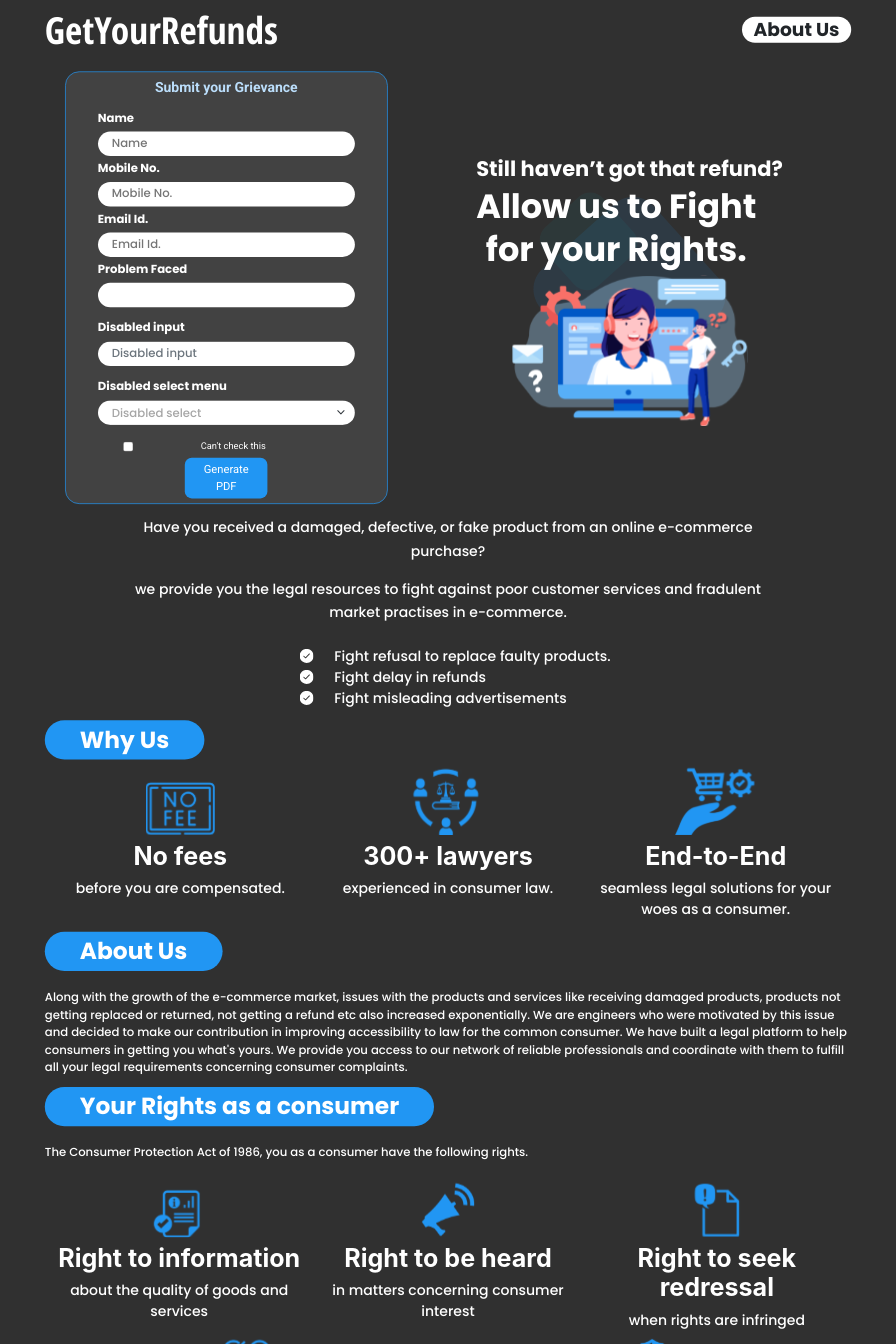
Repository: Eren00Yeager/initial-survey
Page: /consumer-complaints
An editor plug-in stored every save of this project. The page is shown before and after the next save, followed by the edit.
The browser window is 1280 px wide. The pictures show the part of the page from y = 0 to 1920 px (the page is 2838 px tall before and 2984 px after), at 70% of full size.
Some web fonts or font styles are not loaded; a fallback is used. The project was rebuilt for these pictures with package versions that can differ from the ones it lists, and the page was loaded fresh each time. The framework's server and built-in components were replaced by stand-ins that run in the browser. Also part of the build but not shown: next.config.js.

Above is the page before, as saved 2022-07-14 12:02:30.

### pages/consumer-complaints.jsx
import Head from "next/head";
import Image from "next/image";
import consumerStyles from "../styles/consumer.module.css";
import svg from "../pic/mark.svg";
import im from "../pic/i2.svg";
import i1 from "../pic/nofee.svg";
import i2 from "../pic/law.svg";
import i3 from "../pic/end2.svg";
import j1 from "../pic/info.svg";
import j2 from "../pic/heard.svg";
import j3 from "../pic/seek.svg";
import j4 from "../pic/free.svg";
import j5 from "../pic/safe.svg";
import a from "../pic/carrow.svg";
import f from "../pic/foot.svg";
import z1 from "../pic/in.svg";
import z2 from "../pic/tweet.svg";
import z3 from "../pic/mail.svg";
import { Col,Row,Form,Button,Accordion } from 'react-bootstrap';
import { useState,useEffect } from "react";


export default function consumer() {

    const [name, setName] = useState('');
    const [mobile, setMobile] = useState('');
    const [email, setEmail] = useState('');
    const [problem, setProblem] = useState('');
    const [error, seterror] = useState('');
    const [st, setst] = useState(false);
    const emailValidation = () => {
        const regex = /^(([^<>()[\]\.,;:\s@\"]+(\.[^<>()[\]\.,;:\s@\"]+)*)|(\".+\"))@(([^<>()[\]\.,;:\s@\"]+\.)+[^<>()[\]\.,;:\s@\"]{2,})$/i;
        if (!email || regex.test(email) === false) {

            seterror("Email is not valid");

            return false;
        }
        return true;
    }
    const submitHandler = async (e) => {
        e.preventDefault();

        console.log([name, mobile, email, problem])
        if (emailValidation()) {
            try {
                const response = await fetch("/api/consumersheet", {
                    method: "POST",
                    body: JSON.stringify({ name, mobile, email, problem }),
                    headers: {
                        'Content-Type': 'application/json',
                    },
                })
                if (await response.status == 201) {
                    setst(true)
                } else {
                    throw response.json()
                }


            } catch (e) {
                console.log(e)
                alert("There was an error in submitting\nPlease try again")
                setName('');
                setMobile('');
                setEmail('');
                setProblem('');
                setst(false);
            }
        }
    }

    const [windowSize, setWindowSize] = useState({
        width: "",
        height: "",
    });

    useEffect(() => {
        // only execute all the code below in client side
        if (typeof window !== 'undefined') {
            // Handler to call on window resize
            function handleResize() {
                // Set window width/height to state
                setWindowSize({
                    width: window.innerWidth,
                    height: window.innerHeight,
                });
            }

            // Add event listener
            window.addEventListener("resize", handleResize);

            // Call handler right away so state gets updated with initial window size
            handleResize();

            // Remove event listener on cleanup
            return () => window.removeEventListener("resize", handleResize);
        }
    }, []); // Empty array ensures that effect is only run on mount
    function handleScroll() {
        window.scroll({
            top: document.body.offsetHeight,
            left: 0,
            behavior: 'smooth',
        });
    }

    const thnk = (
        <div className={consumerStyles.tnk}>
            <div className={consumerStyles.thank}>Thank you for
                signing up with us.
                We will soon
                reach out to you.</div>
        </div>
    )
    const frm = (
        <Form className={consumerStyles.frm} onSubmit={submitHandler}>
            <div className={consumerStyles.grev}>
                Submit your Grievance
            </div>
            <div className={consumerStyles.details}>
                <div className={consumerStyles.det}>
                    <div className={consumerStyles.nam}>Name</div>
                    <input type="text" placeholder="Name" className={consumerStyles.plc} value={name} required onChange={(e) => setName(e.target.value)}></input>
                </div>
                <div className={consumerStyles.det}>
                    <div className={consumerStyles.nam}>Mobile No.</div>
                    <input type="text" placeholder="Mobile No." pattern="[0-9]{10}" className={consumerStyles.plc} required value={mobile} onChange={(e) => setMobile(e.target.value)}></input>
                </div>
                <div className={consumerStyles.det}>
                    <div className={consumerStyles.nam}>Email Id.</div>
                    <input type="text" placeholder="Email Id." className={consumerStyles.plc} value={email} required onChange={(e) => setEmail(e.target.value)}></input>
                    <div className={consumerStyles.err}>{error}</div>
                </div>
                <div className={consumerStyles.det}>
                    <div className={consumerStyles.nam}>Problem Faced</div>
                    <input type="text" placeholder="" className={consumerStyles.plc} value={problem} required onChange={(e) => setProblem(e.target.value)}></input>
                </div>
                <Form.Group  className={consumerStyles.det}>
        <Form.Label className={consumerStyles.nam}>Disabled input</Form.Label>
        <Form.Control className={consumerStyles.plc} placeholder="Disabled input" />
      </Form.Group>
      <Form.Group className="mb-3">
        <Form.Label className={consumerStyles.nam}>Disabled select menu</Form.Label>
        <Form.Select className={consumerStyles.plc}>
          <option>Disabled select</option>
          <option>dsafjn</option>
          <option>kskjdjnfojn</option>
        </Form.Select>
      </Form.Group>
      <Form.Group className={consumerStyles.terms} >
        <Form.Check type="checkbox" label="Can't check this" />
        <Button variant="primary" className={consumerStyles.sub} >
            Generate PDF
            </Button>
      </Form.Group>

            </div>
            {/* <div className={consumerStyles.terms}>
                <input className={consumerStyles.sub} type="submit" value="SUBMIT"></input>
            </div> */}
    </Form>
    )
    return (
        <div className={consumerStyles.s}>
            <Head>
                <title>Consumer Complaints</title>
                <meta name="description" content="" />
                <link rel="icon" href="/favicon.ico" />
                <link href='https://fonts.googleapis.com/css?family=Open Sans Condensed:700' rel='stylesheet'></link>
            </Head>

            <div className={consumerStyles.container}>

                <div className={consumerStyles.head}>
                    <div className={consumerStyles.hd}>
                        GetYourRefunds
                    </div>

                    <div>
                        <a href="#about-us" className={consumerStyles.btn} onClick={handleScroll}>About Us</a>
                    </div>
                </div>
                <div className={consumerStyles.main}>

                    {st ? thnk : frm}
                    <div className={consumerStyles.tct}>
                        <div className={consumerStyles.py} style={windowSize.width > 900 ? {position:"relative",width:"32.552vw"} : {position:"relative",width:"250px"}} >
                            <Image src={im} layout="responsive"/>
                        </div>
                        <div className={consumerStyles.t1}>
                            <div className={consumerStyles.title}>
                                <div className={consumerStyles.title2}>
                                    Still haven’t got that refund?
                                </div>

                                <div className={consumerStyles.title1}>
                                    Allow us to Fight <br></br>for your Rights.
                                </div>
                            </div>
                        </div>

                    </div>

                </div>

                <div className={consumerStyles.fo}>

                    <div className={consumerStyles.mid}>
                        Have you received a damaged, defective, or fake product from an online e-commerce purchase?
                    </div>
                    <div className={consumerStyles.mid}>
                        we provide you the legal resources to fight against
                        poor customer services and fradulent market practises in
                        e-commerce.
                    </div>
                    <div className={consumerStyles.points}>
                        <div>
                            <div className={consumerStyles.p}>
                                <div className={consumerStyles.i}>
                                    <Image src={svg} />
                                </div>
                                <div className={consumerStyles.t}>
                                    Fight refusal to replace faulty products.
                                </div>
                            </div>
                            <div className={consumerStyles.p}>
                                <div className={consumerStyles.i}>
                                    <Image src={svg} />
                                </div>
                                <div className={consumerStyles.t}><div>Fight delay in refunds</div></div>
                            </div>
                            <div className={consumerStyles.p}>
                                <div className={consumerStyles.i}>
                                    <Image src={svg} />
                                </div>
                                <div className={consumerStyles.t}>
                                    Fight misleading advertisements
                                </div>
                            </div>
                        </div>
                    </div>

                </div>
                <div className={consumerStyles.sect}>
                    <div className={consumerStyles.sech}>Why Us</div>
                    <div className={consumerStyles.fwrap}>
                        <div className={consumerStyles.box}>
                            <div className={consumerStyles.bsvg} ><div style={windowSize.width > 900 ? {  width:"7.747vw",position:"relative"}:{  width:"30vw",position:"relative"}}><Image src={i1} layout="responsive"></Image></div></div>
                            <div className={consumerStyles.des}>
                                <span className={consumerStyles.des1}> No fees </span>
                                <span className={consumerStyles.des2}>before you are compensated.</span>
                            </div>
                        </div>
                        <div className={consumerStyles.box}>
                           <div className={consumerStyles.bsvg}> <div style={windowSize.width > 900 ?{ width:"12.240vw",position:"relative"}:{  width:"50vw",position:"relative"}}><Image src={i2} layout="responsive"></Image></div></div>
                            <div className={consumerStyles.des}>
                                <span className={consumerStyles.des1}>300+ lawyers </span>
                                <span className={consumerStyles.des2}>experienced in consumer law. </span>
                            </div>
                        </div>
                        <div className={consumerStyles.box}>
                            <div className={consumerStyles.bsvg}><div style={windowSize.width > 900 ?{ width:"13.477vw",position:"relative"}:{  width:"50vw",position:"relative"}}><Image src={i3} layout="responsive"></Image></div></div>
                            <div className={consumerStyles.des}>
                                <span className={consumerStyles.des1}>End-to-End</span>
                                <span className={consumerStyles.des2}>seamless legal solutions for your woes  as a consumer.</span>
                            </div>
                        </div>
                    </div>
                </div>
                <div className={consumerStyles.sect} id="about-us">
                    <div className={consumerStyles.sech}>About Us</div>
                    <div className={consumerStyles.abt}>Along with the growth of the e-commerce market, issues with the products and services like receiving damaged products, products not getting replaced or returned, not getting a refund etc also increased exponentially.  We are engineers who were motivated by this issue and decided to make our contribution in improving accessibility to law for the common consumer. We have built a legal platform to help consumers in getting you what's yours. We provide you access to our network of reliable professionals and coordinate with them to fulfill all your legal requirements concerning consumer complaints.   </div>
                </div>
                <div className={consumerStyles.sect}>
                    <div className={consumerStyles.sech}>Your Rights as a consumer</div>
                    <div className={consumerStyles.abt}>The Consumer Protection Act of  1986, you as a consumer have the following rights.</div>
                    <div className={consumerStyles.fwrap}>
                        <div className={consumerStyles.box}>
                        <div className={consumerStyles.bsvg} ><div style={windowSize.width > 900 ?{  width:"6.120vw",position:"relative"}:{  width:"30vw",position:"relative"}}><Image src={j1} layout="responsive"></Image></div></div>
                            <div className={consumerStyles.des}>
                                <span className={consumerStyles.des1}> Right to information </span>
                                <span className={consumerStyles.des2}>about the quality of goods and services</span>
                            </div>
                        </div>
                        <div className={consumerStyles.box}>
                        <div className={consumerStyles.bsvg} ><div style={windowSize.width > 900 ?{  width:"9.440vw",position:"relative"}:{  width:"50vw",position:"relative"}}><Image src={j2} layout="responsive"></Image></div></div>
                            <div className={consumerStyles.des}>
                                <span className={consumerStyles.des1}>Right to be heard </span>
                                <span className={consumerStyles.des2}>in matters concerning consumer interest </span>
                            </div>
                        </div>
                        <div className={consumerStyles.box}>
                        <div className={consumerStyles.bsvg} ><div style={windowSize.width > 900 ?{  width:"12.891vw",position:"relative"}:{  width:"70vw",position:"relative"}}><Image src={j3} layout="responsive"></Image></div></div>
                            <div className={consumerStyles.des}>
                                <span className={consumerStyles.des1}>Right to seek redressal</span>
                                <span className={consumerStyles.des2}> when rights are infringed</span>
                            </div>
                        </div>
                        <div className={consumerStyles.box}>
                        <div className={consumerStyles.bsvg} ><div style={windowSize.width > 900 ?{  width:"7.161vw",position:"relative"}:{  width:"30vw",position:"relative"}}><Image src={j4} layout="responsive"></Image></div></div>
                            <div className={consumerStyles.des}>
                                <span className={consumerStyles.des1}>Right to freely choose</span>
                                <span className={consumerStyles.des2}> from goods & services </span>
                            </div>
                        </div>
                        <div className={consumerStyles.box}>
                        <div className={consumerStyles.bsvg} ><div style={windowSize.width > 900 ?{  width:"8.594vw",position:"relative"}:{  width:"40vw",position:"relative"}}><Image src={j5} layout="responsive"></Image></div></div>
                            <div className={consumerStyles.des}>
                                <span className={consumerStyles.des1}>Right to safety</span>
                                <span className={consumerStyles.des2}> from hazardous goods & services</span>
                            </div>
                        </div>
                    </div>
                </div>
                <div className={consumerStyles.sect}>
                    <div className={consumerStyles.sech}>The Process</div>
                    <div className={consumerStyles.proc}>
                        <div className={consumerStyles.pr}>
                            <div className={consumerStyles.pu}>1) Inform us about your problem</div>
                            <div className={consumerStyles.pd}>Our legal advisory team will get in touch with you and collect the details regarding your issue.</div>
                        </div>
                       {windowSize.width > 900 ? <div style={{  width:"3.971vw",position:"relative"}}><Image src={a} layout="responsive"></Image></div> : ""}
                        <div className={consumerStyles.pr}>
                            <div className={consumerStyles.pu}>2) Filing a legal notice</div>
                            <div className={consumerStyles.pd}>Our legal team will then file a legal notice against the seller involved in the issue.</div>
                        </div>
                        {windowSize.width > 900 ? <div style={{  width:"3.971vw",position:"relative"}}><Image src={a} layout="responsive"></Image></div> : ""}
                        <div className={consumerStyles.pr}>
                            <div className={consumerStyles.pu}>3) Consumer Court</div>
                            <div className={consumerStyles.pd}>In case the company does not respond, our trusted network of lawyers will fight the case in consumer court and resolve the case.</div>
                        </div>

                    </div>
                </div>
                <div className={consumerStyles.sect}>
                    <div className={consumerStyles.sech}>FAQs</div>
                    <div className={consumerStyles.qa}>
                        <div className={consumerStyles.ques}>Q. What is the amount I have to pay to get my issue resolved?</div>
                        <div className={consumerStyles.ans}>A: You do not have to pay any fees upfront. A commission of 10% will be charged if we are successful in getting your issue resolved. This legal fees would also be compensated by the vendor against whom you are raising a complaint.</div>
                    </div>
                    <div className={consumerStyles.qa}>
                        <div className={consumerStyles.ques}>Q. How long does it take to resolve a consumer complaint ?</div>
                        <div className={consumerStyles.ans}>A: In some cases the company resolves the complaint within 15 days after they recieve the legal notice . If the company does not resolve the complaint, it may take on average 8-18 months to resolve the issue through consumer courts.</div>
                    </div>
                </div>
                <div className={consumerStyles.foot} >
                    <div className={consumerStyles.ab1}>
                        <div className={consumerStyles.ftxt}>GetYourRefunds</div>
                        <div className={consumerStyles.cprt}>© Copyright 2022</div>
                    </div>
                    <div className={consumerStyles.ab2}>
                        <a href="https://www.linkedin.com/company/getyourrefund/" style={windowSize.width > 900 ? { width: '3.255vw', position: 'relative' } : { width: '20vw', position: 'relative' }}><Image src={z1} layout='responsive'></Image></a>
                        <a href="https://twitter.com/getyourrefunds" style={windowSize.width > 900 ? { width: '3.255vw', position: 'relative' }: { width: '20vw', position: 'relative' }}><Image src={z2} layout='responsive'></Image></a>
                        <a href="mailto:getyourrefunds@gmail.com" style={windowSize.width > 900 ? { width: '3.255vw', position: 'relative' }: { width: '20vw', position: 'relative' }}><Image src={z3} layout='responsive'></Image></a>

                    </div>
                    {windowSize.width > 900 ? <div style={{ width: '100%', position: 'relative' }}>
                        <Image src={f} layout='responsive'></Image>
                    </div> : ""}

                </div>
            </div>
        </div>

    );
}

### styles/globals.scss
@import "~bootstrap/scss/bootstrap";
html,
body {
  padding: 0;
  margin: 0;
  font-family: -apple-system, BlinkMacSystemFont, Segoe UI, Roboto, Oxygen,
    Ubuntu, Cantarell, Fira Sans, Droid Sans, Helvetica Neue, sans-serif;
}

a {
  color: inherit;
  text-decoration: none;
}

* {
  box-sizing: border-box;
}

Loaded but not shown: pages/_app.js (common file); styles/consumer.module.css (969 lines, source omitted)

After the next save:
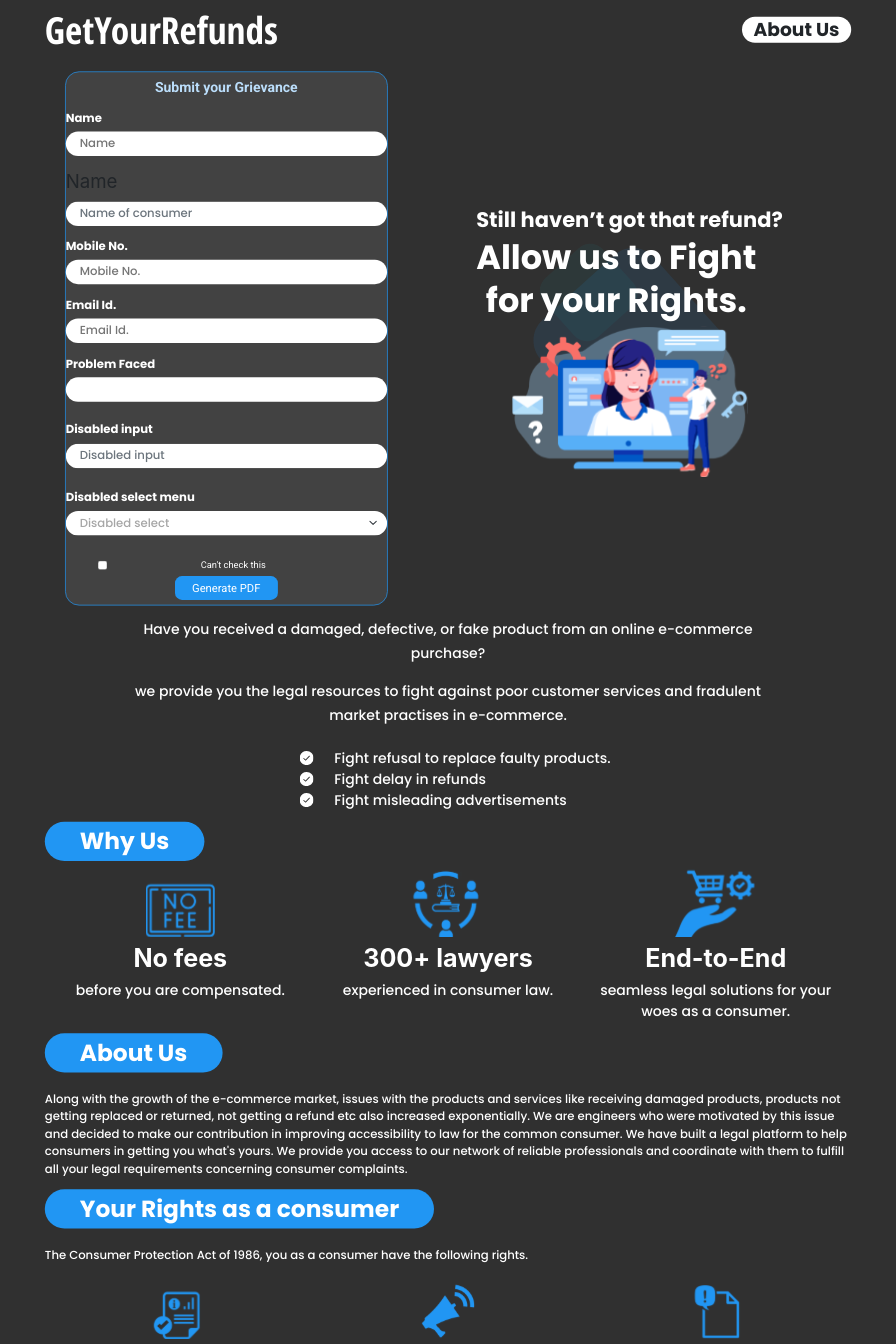
Saved 3 min 31 s later.
--- a/pages/consumer-complaints.jsx
+++ b/pages/consumer-complaints.jsx
@@ -118,11 +118,15 @@ export default function consumer() {
             <div className={consumerStyles.grev}>
                 Submit your Grievance
             </div>
-            <div className={consumerStyles.details}>
+            {/* <div className={consumerStyles.details}> */}
                 <div className={consumerStyles.det}>
                     <div className={consumerStyles.nam}>Name</div>
                     <input type="text" placeholder="Name" className={consumerStyles.plc} value={name} required onChange={(e) => setName(e.target.value)}></input>
                 </div>
+                <Form.Group className={consumerStyles.det} controlId="formBasicEmail">
+                    <Form.Label>Name</Form.Label>
+                    <Form.Control className={consumerStyles.plc} type="text" placeholder="Name of consumer" />
+                </Form.Group>
                 <div className={consumerStyles.det}>
                     <div className={consumerStyles.nam}>Mobile No.</div>
                     <input type="text" placeholder="Mobile No." pattern="[0-9]{10}" className={consumerStyles.plc} required value={mobile} onChange={(e) => setMobile(e.target.value)}></input>
@@ -155,7 +159,7 @@ export default function consumer() {
             </Button>
       </Form.Group>
 
-            </div>
+            {/* </div> */}
             {/* <div className={consumerStyles.terms}>
                 <input className={consumerStyles.sub} type="submit" value="SUBMIT"></input>
             </div> */}
